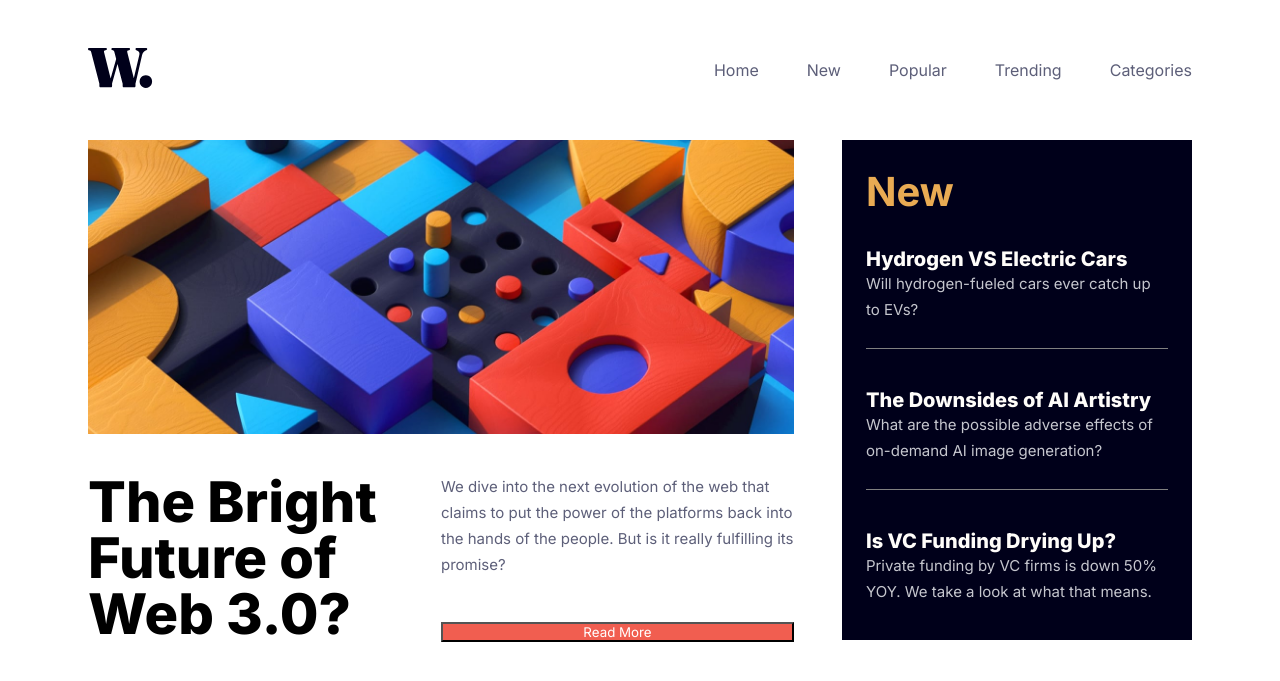
Repository: DevAntonioRogers/FrontendMentor-News-Homepage
Page: index.html
The author's editor kept a copy of each file at every save. The page is drawn from the files as they stood at one save, then again after the next save.
The browser window is 1280 px wide. The pictures show the whole page.

Above is the page before, as saved 2023-04-21 12:51:35.

After the next save:
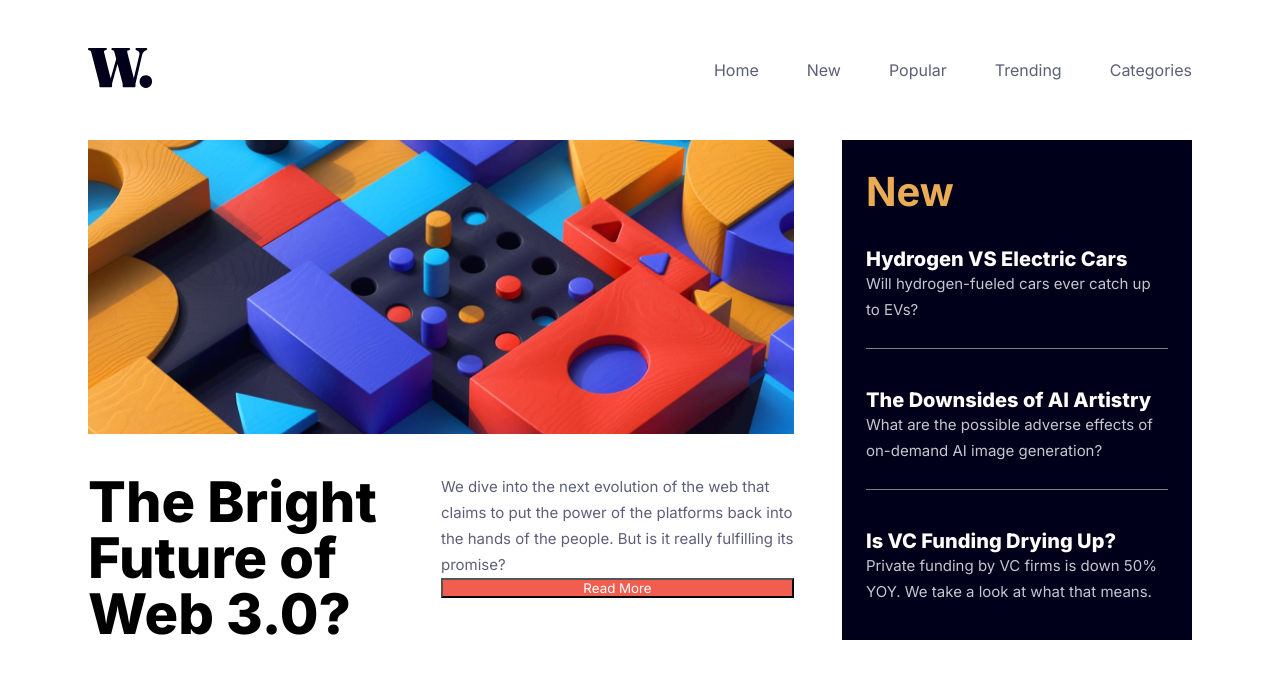
Saved 5 s later.
--- a/styles.css
+++ b/styles.css
@@ -81,7 +81,6 @@ nav{
 .hero-article div{
   display: flex;
   flex-direction: column;
-  justify-content: space-between;
   flex: 1;
 }
 
